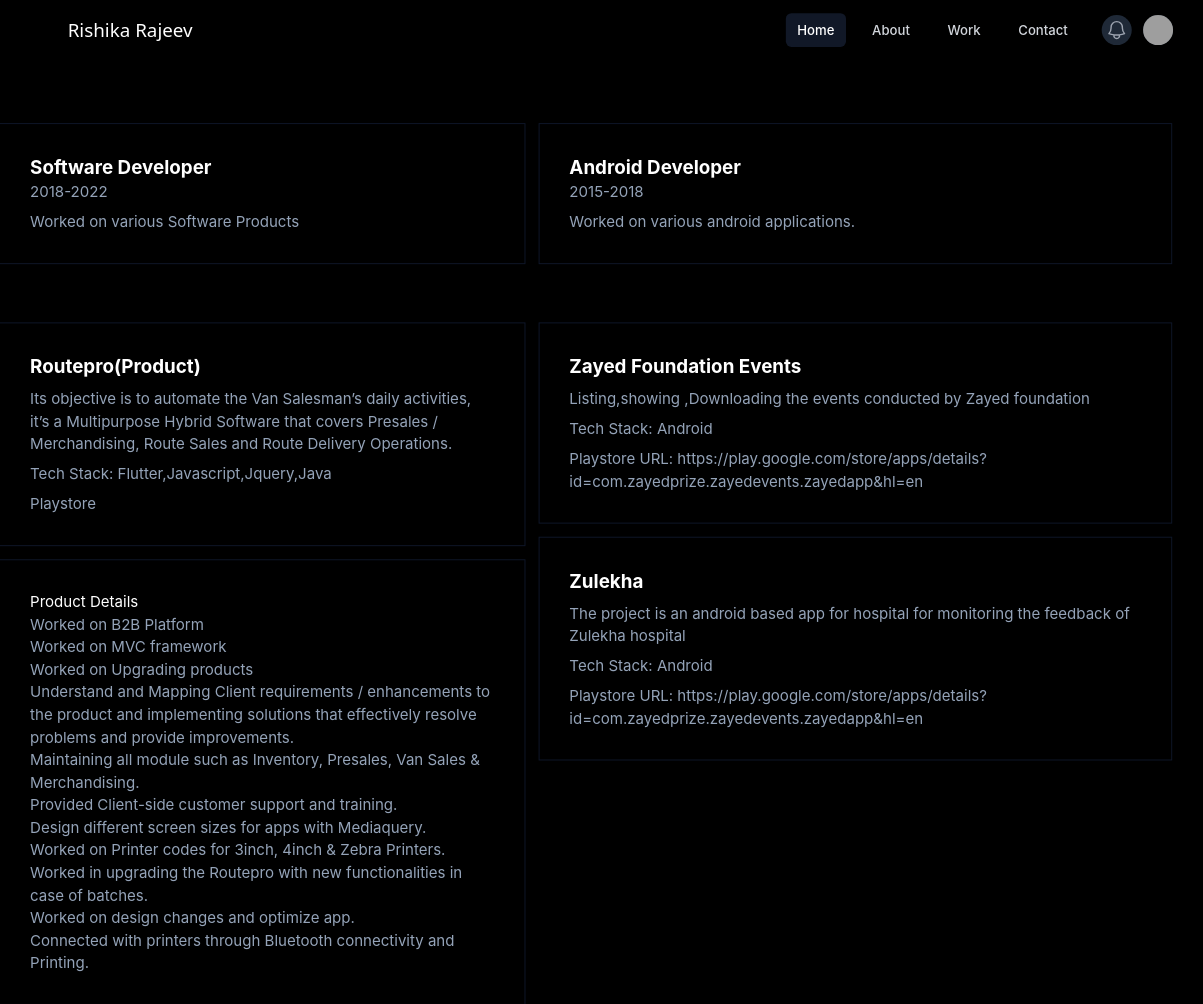
Repository: rishikarajeev/portfolio_rishika
Page: /work
The author's editor kept a copy of each file at every save. The page is drawn from the files as they stood at one save, then again after the next save.
The browser window is 1280 px wide. The pictures show the whole page, at 94% of full size.
Pictures or frames that could not be fetched are drawn as grey boxes. The project was rebuilt for these pictures with package versions that can differ from the ones it lists, and the page was loaded fresh each time. Also part of the build but not shown: src/Pages/Home.jsx, src/Pages/About.jsx, src/Pages/Contact.jsx.

Above is the page before, as saved 2023-10-23 18:48:27.

After the next save:
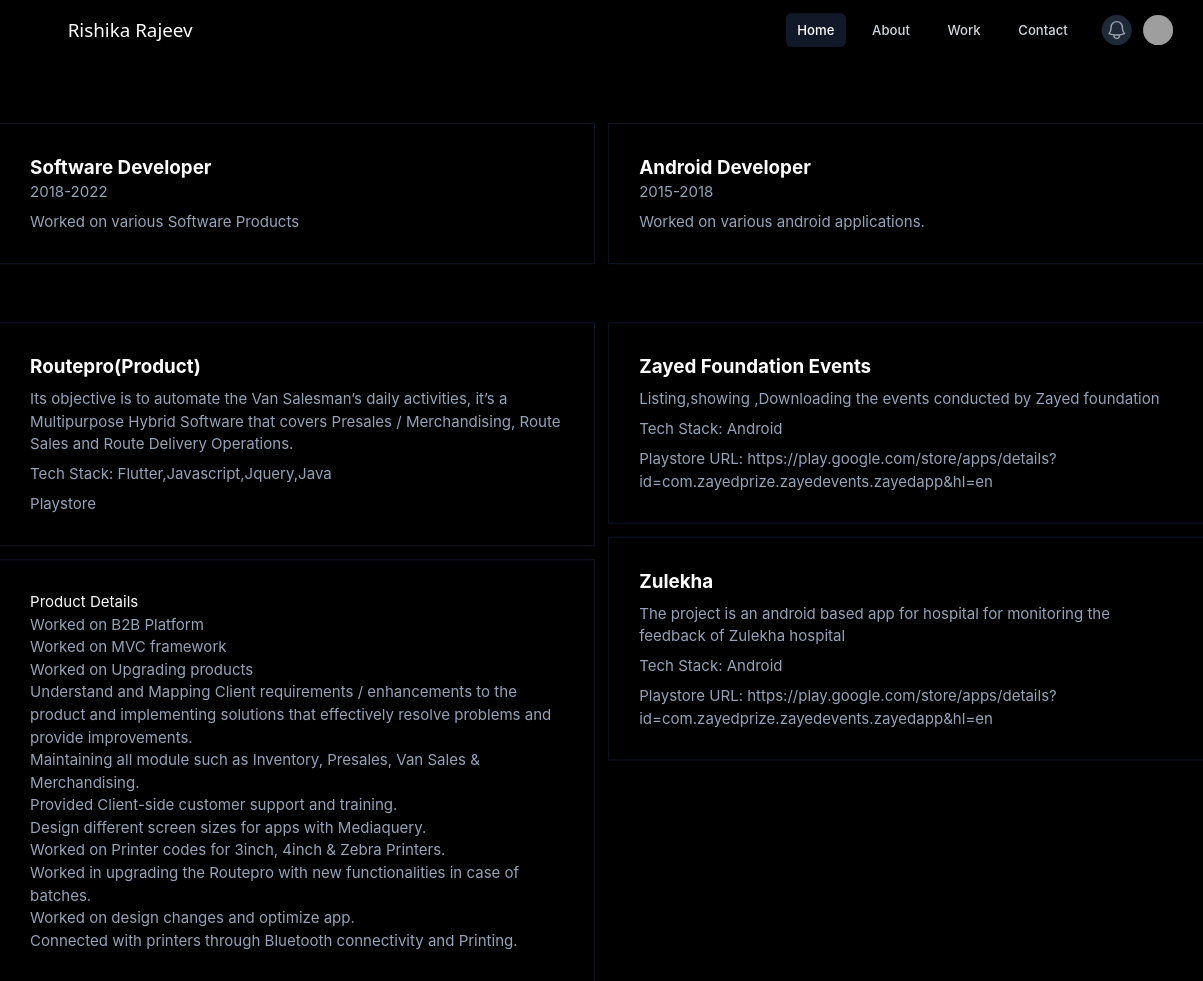
Saved 66 s later.
--- a/src/Pages/Mywork.jsx
+++ b/src/Pages/Mywork.jsx
@@ -12,7 +12,7 @@ function Mywork() {
         {" "}
         <div className="container mx-auto mt-6 dark md:bg-black">
           <h2 className="text-3xl font-bold mb-2 ">Work Experience</h2>
-          <div class="grid grid-rows-1 grid-flow-col gap-4 dark md:bg-black">
+          <div class="grid grid-cols-1 md:grid-cols-2 gap-4 dark md:bg-black">
             <div className="dark md:bg-black">
               <Work
                 title="Software Developer"
